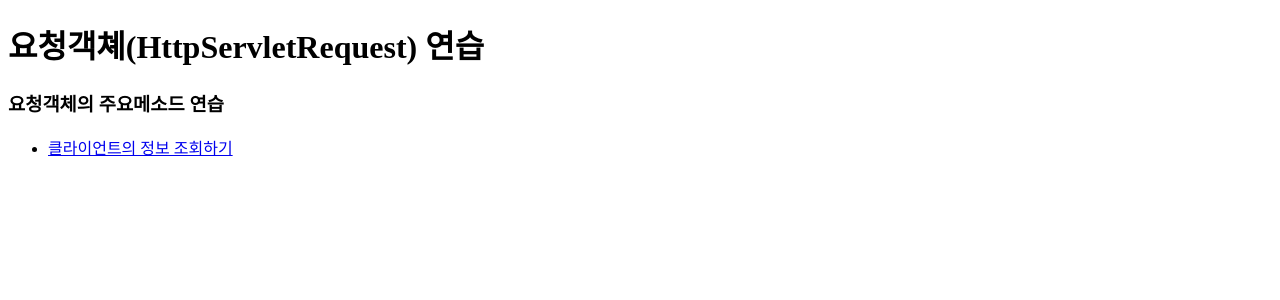
Repository: onuo77/ja_HTA
Page: http://localhost/sample/req/main.jsp
The author's editor kept a copy of each file at every save. The page is drawn from the files as they stood at one save, then again after the next save.
The browser window is 1280 px wide. The pictures show the whole page.
The page is served by Tomcat 9. Other server files are loaded and not shown.

Above is the page before, as saved 2021-05-20 01:49:56.

### java-web/sample/src/main/webapp/req/main.jsp
<%@ page language="java" contentType="text/html; charset=UTF-8"
    pageEncoding="UTF-8"%>
<!DOCTYPE html>
<html>
<head>
<meta charset="UTF-8">
<title>요청객체 익히기</title>
</head>
<body>
	<h1>요청객쳬(HttpServletRequest) 연습</h1>

	<h3>요청객체의 주요메소드 연습</h3>
	<ul>
		<li><a href="demo1.jsp">클라이언트의 정보 조회하기</a></li>
	</ul>
</body>
</html>

After the next save:
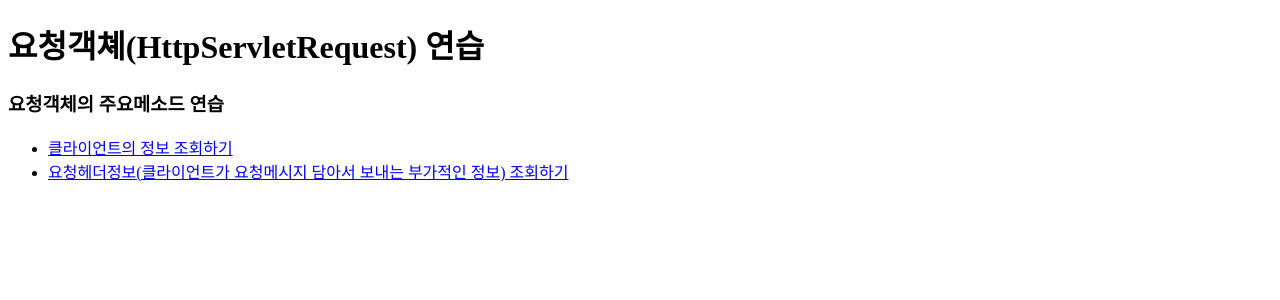
Saved 21 min 25 s later.
--- a/java-web/sample/src/main/webapp/req/main.jsp
+++ b/java-web/sample/src/main/webapp/req/main.jsp
@@ -12,6 +12,7 @@
 	<h3>요청객체의 주요메소드 연습</h3>
 	<ul>
 		<li><a href="demo1.jsp">클라이언트의 정보 조회하기</a></li>
+		<li><a href="demo2.jsp">요청헤더정보(클라이언트가 요청메시지 담아서 보내는 부가적인 정보) 조회하기</a></li>
 	</ul>
 </body>
 </html>
